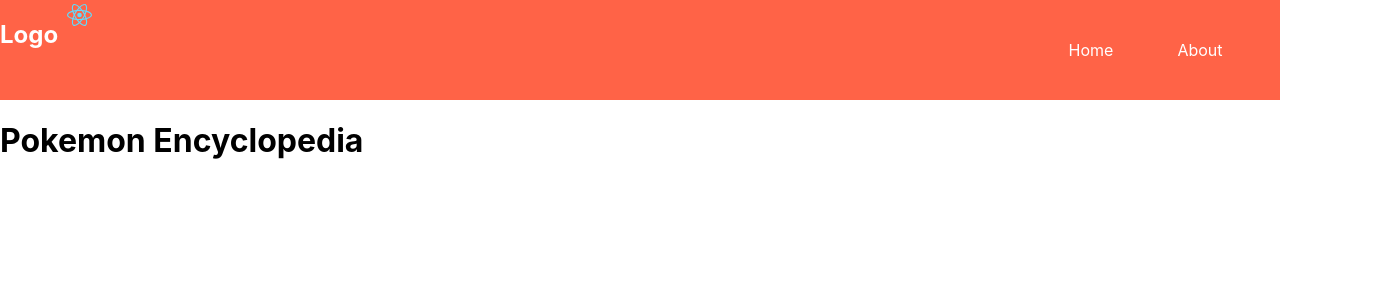
Repository: Gibberlin/pokedex
Page: /
These files come from the project's save history. The page is drawn as it stood at one moment and after the next save; the edit follows.
The browser window is 1280 px wide. The page is 1379 px wide, so the pictures cover 1379 px, including what lies to the right of the window. The pictures show the whole page.
The project was rebuilt for these pictures with package versions that can differ from the ones it lists, and the page was loaded fresh each time.

Above is the page before, as saved 2021-09-28 22:33:51.

### src/App.js
import logo from './logo.svg';
import Nav from "./components/Nav"
import './App.css';

function App() {
  return (
    <div>
    <Nav />
    <h1>Pokemon Encyclopedia</h1>

    </div>
  );
}

export default App;

### src/components/Nav.js
import React from 'react'
import logo from "../logo.svg";
import "../App.css";
const Nav = () => {
    return (
        <nav>
        <h1>Logo</h1>
            <img src={logo} alt="Poke" height="30px"/>

            <ul>
                <li>Home</li>
                <li>About</li>
                <li>Support</li>
            </ul>
        </nav>
    )
}

export default Nav

### src/App.css
ul {
  margin-left: 70%;
  list-style-type: none;
  display: flex;
}
li {
  margin: 1rem;
  padding: 0.5rem 1rem 0.5rem 1rem;
  cursor: pointer;
  border-radius: 5px;
}
nav {
  display: flex;
  background: tomato;
  color: #fff;
}
li:hover {
  color: #18f;
  background-color: #fff;
}

Loaded but not shown: public/index.html (common file); src/index.js (common file); src/index.css (common file)

After the next save:
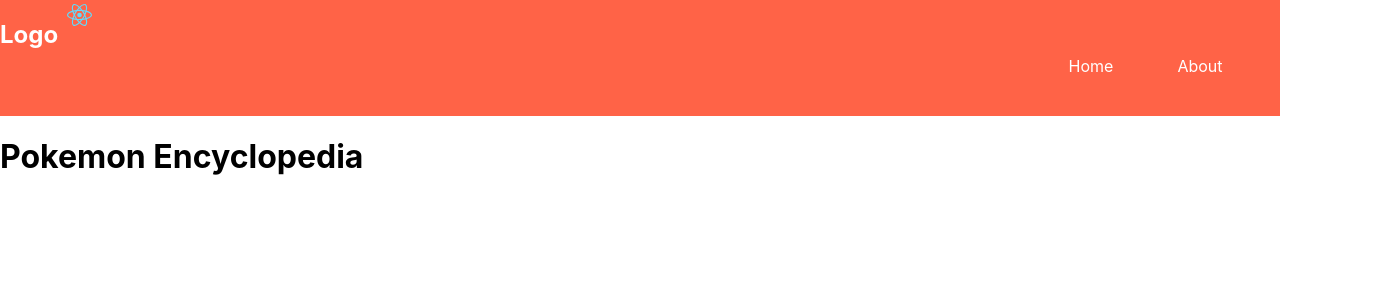
Saved 15 s later.
--- a/src/App.css
+++ b/src/App.css
@@ -5,7 +5,7 @@
 }
 li {
   margin: 1rem;
-  padding: 0.5rem 1rem 0.5rem 1rem;
+  padding: 1.5rem 1rem 0.5rem 1rem;
   cursor: pointer;
   border-radius: 5px;
 }
